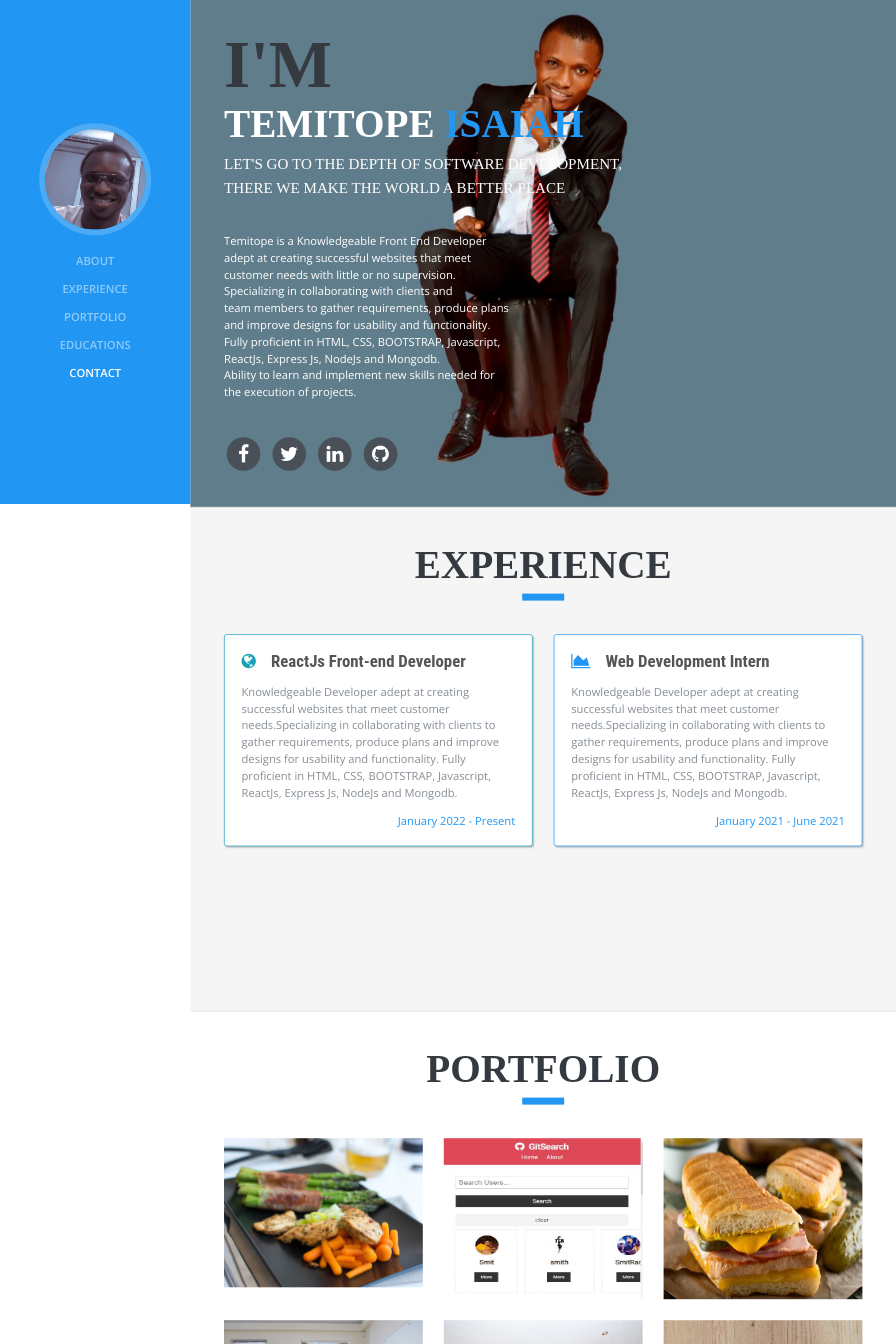
Repository: smit1298/portfolio
Page: index.html
An editor plug-in stored every save of this project. The page is shown before and after a run of saves, followed by the edit.
The browser window is 1280 px wide. The pictures show the part of the page from y = 0 to 1920 px (the page is 5030 px tall), at 70% of full size.
Some web fonts or font styles are not loaded; a fallback is used.

Above is the page before, as saved 2022-06-06 11:51:08.

After the next 3 saves:
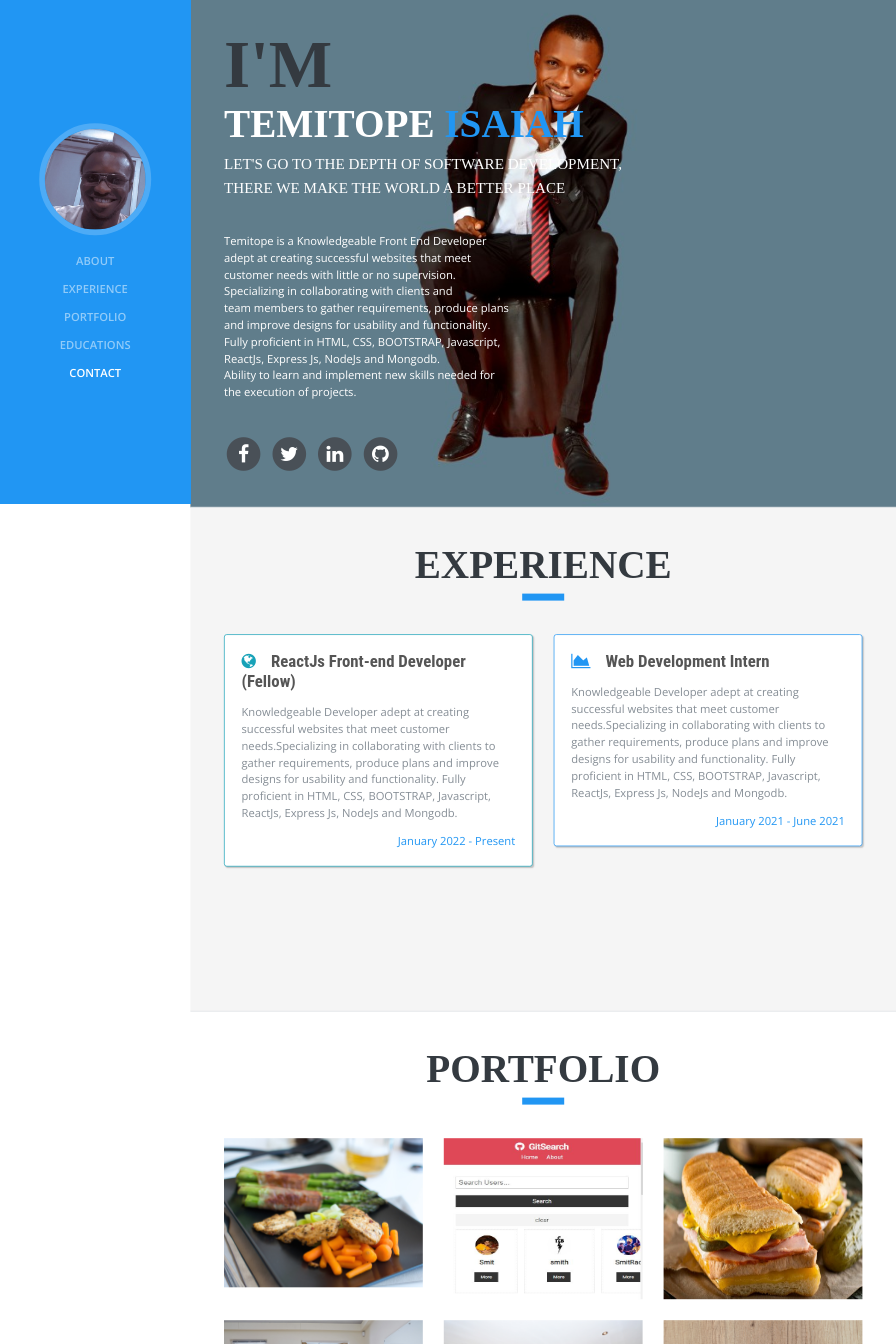
The 3 saves are shown as one change because they came seconds apart.
The last was saved 8 s later.
--- a/index.html
+++ b/index.html
@@ -143,7 +143,7 @@
               ">
             <div class="resume-content mr-auto">
               <h4 class="mb-3">
-                <i class="fa fa-globe mr-3 text-info"></i> ReactJs Front-end Developer
+                <i class="fa fa-globe mr-3 text-info"></i> ReactJs Front-end Developer (Fellow)
               </h4>
               <p>
                 Knowledgeable Developer adept
